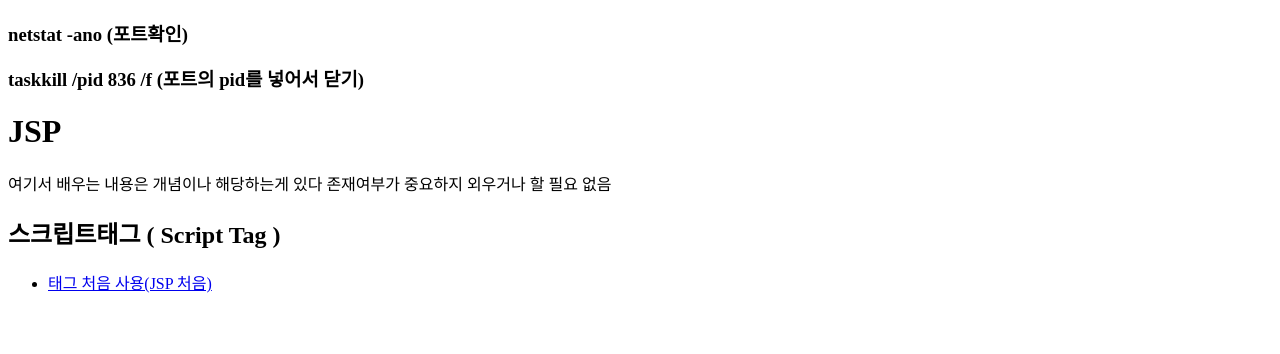
Repository: kvmhyvmvn/Study_JspServlet
Page: http://localhost/03.Tag/
The author's editor kept a copy of each file at every save. The page is drawn from the files as they stood at one save, then again after the next save.
The browser window is 1280 px wide. The pictures show the whole page.
The page is served by Tomcat 9.

Above is the page before, as saved 2023-05-19 01:26:50.

### WorkSpace/03.Tag/src/main/webapp/index.html
<!DOCTYPE html>
<html>
<head>
<meta charset="UTF-8">
<title>Insert title here</title>
</head>
<body>
	<h3>netstat -ano (포트확인)</h3>
	<h3>taskkill /pid 836 /f (포트의 pid를 넣어서 닫기)</h3>

	<h1> JSP </h1>
	<p>여기서 배우는 내용은 개념이나 해당하는게 있다 존재여부가 중요하지 외우거나 할 필요 없음</p>
	<h2> 스크립트태그 ( Script Tag )</h2>

	<ul>
		<li><a href="01.Script/Ex00Into.jsp">태그 처음 사용(JSP 처음)</a></li>
	</ul>
</body>
</html>

After the next save:
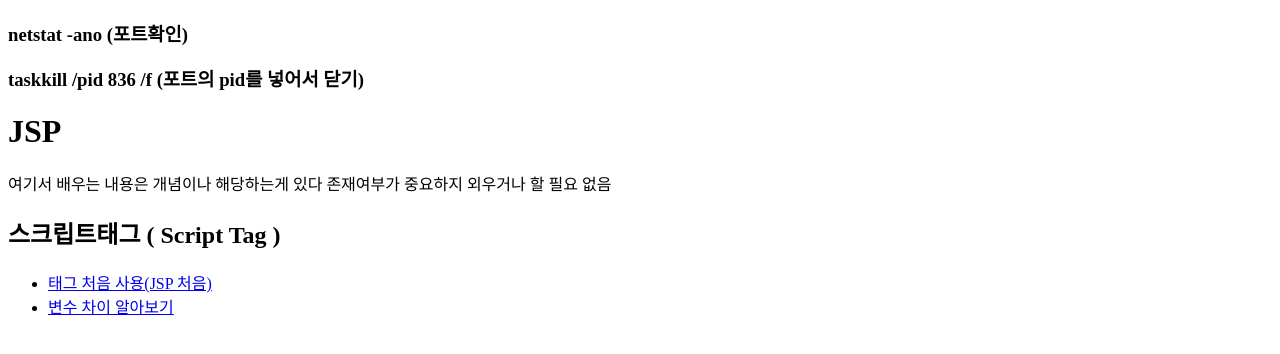
Saved 66 s later.
--- a/WorkSpace/03.Tag/src/main/webapp/index.html
+++ b/WorkSpace/03.Tag/src/main/webapp/index.html
@@ -14,6 +14,7 @@
 
 	<ul>
 		<li><a href="01.Script/Ex00Into.jsp">태그 처음 사용(JSP 처음)</a></li>
+		<li><a href="01.Script/Ex01Var.jsp">변수 차이 알아보기</a></li>
 	</ul>
 </body>
 </html>
